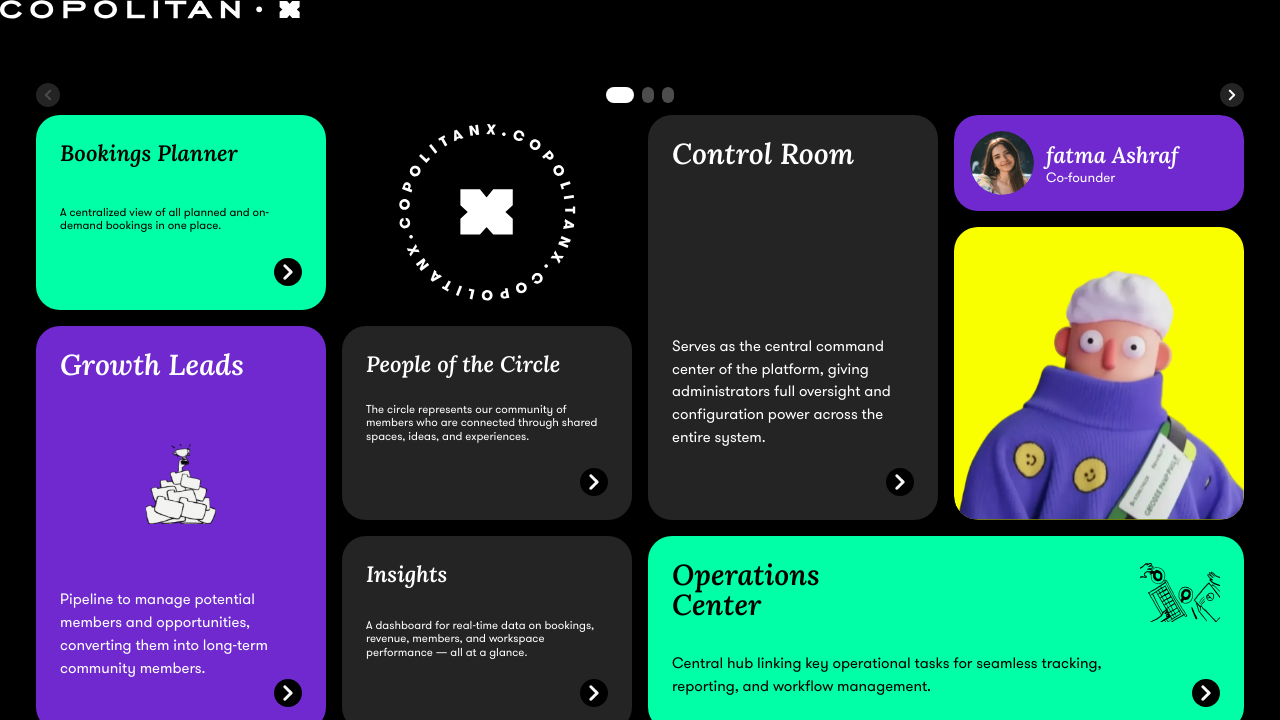
Repository: mohameddtalal/Copolitan-X
Page: /dashboard
These files come from the project's save history. The page is drawn as it stood at one moment and after the next save; the edit follows.
The browser window is 1280 px wide. The pictures show the whole page.
The project was rebuilt for these pictures with package versions that can differ from the ones it lists, and the page was loaded fresh each time. The framework's server and built-in components were replaced by stand-ins that run in the browser. Also part of the build but not shown: next.config.ts.

Above is the page before, as saved 2026-02-10 15:48:01.

### src/app/layout.tsx
import type { Metadata } from "next";
import { Geist, Geist_Mono } from "next/font/google";
import "./globals.css";
import Navbar from "@/components/Navbars/NavbarDynamic";
import { NavProvider } from "@/components/Context/Navcontext";

const geistSans = Geist({
  variable: "--font-geist-sans",
  subsets: ["latin"],
});

const geistMono = Geist_Mono({
  variable: "--font-geist-mono",
  subsets: ["latin"],
});

export const metadata: Metadata = {
  title: "Create Next App",
  description: "Generated by create next app",
};

export default function RootLayout({
  children,
}: Readonly<{
  children: React.ReactNode;
}>) {
  return (
    <html lang="en">
      <body
        className={`${geistSans.variable} ${geistMono.variable} antialiased  w-full flex flex-col m-0 p-0`}
      >

        <NavProvider>
          <div className="flex-shrink-0">
            <Navbar />
          </div>
          <div className="flex-1 overflow-auto w-full">
            {children}
          </div>
        </NavProvider>

      </body>
    </html>
  );
}

### src/app/(pages)/dashboard/page.tsx

'use client';

import BentoGrid from "@/components/BentoGrid/BentoGrid";





export default function DashboardPage() {
  return (
      <>
        <BentoGrid/>
      </>
  );
}

### src/app/globals.css
@import "tailwindcss";



:root {
  --background: #000000;
  --foreground: #ffffff;
  --green: #00ffa6;
}



@theme inline {
  --color-background: var(--background);
  --color-foreground: var(--foreground);
}

@media (prefers-color-scheme: dark) {
  :root {
    --background: #000000;
    --foreground: #ffffff;
  }
}

/* GT Walsheim */
@font-face {
  font-family: "GT Walsheim";
  src: url("/fonts/GT-Walsheim-Pro-Light.ttf") format("truetype");
  font-weight: 300;
  font-style: normal;
  font-display: swap;
}

@font-face {
  font-family: "GT Walsheim";
  src: url("/fonts/GT-Walsheim-Pro-Regular.ttf") format("truetype");
  font-weight: 400;
  font-style: normal;
  font-display: swap;
}

@font-face {
  font-family: "GT Walsheim";
  src: url("/fonts/GT-Walsheim-Pro-Medium.ttf") format("truetype");
  font-weight: 500;
  font-style: normal;
  font-display: swap;
}

@font-face {
  font-family: "GT Walsheim";
  src: url("/fonts/GT-Walsheim-Pro-Bold.ttf") format("truetype");
  font-weight: 700;
  font-style: normal;
  font-display: swap;
}

@font-face {
  font-family: "GT Walsheim";
  src: url("/fonts/GT-Walsheim-Pro-Ultra-Bold.ttf") format("truetype");
  font-weight: 800;
  font-style: normal;
  font-display: swap;
}

@font-face {
  font-family: "GT Walsheim";
  src: url("/fonts/GT-Walsheim-Pro-Ultra-Bold-Oblique.ttf") format("truetype");
  font-weight: 800;
  font-style: italic;
  font-display: swap;
}

@font-face {
  font-family: "Lora";
  src: url("/fonts/Lora-Italic.ttf") format("truetype");
  font-weight: 400;
  font-style: italic;
  font-display: swap;
}

@font-face {
  font-family: "Lora";
  src: url("/fonts/Lora-MediumItalic.ttf") format("truetype");
  font-weight: 500;
  font-style: italic;
  font-display: swap;
}

@font-face {
  font-family: "Lora";
  src: url("/fonts/Lora-SemiBoldItalic.ttf") format("truetype");
  font-weight: 600;
  font-style: italic;
  font-display: swap;
}

@font-face {
  font-family: "Lora";
  src: url("/fonts/Lora-BoldItalic.ttf") format("truetype");
  font-weight: 700;
  font-style: italic;
  font-display: swap;
}

body {
  background: var(--background);
  color: var(--foreground);
  font-family:
    "GT Walsheim",
    "Lora",
}

.font-gtwalsheim {
  font-family: "GT Walsheim";
  font-weight: 400;
}

.font-lora {
  font-family: "Lora";
}

.lora-semibold-italic {
  font-family: "Lora";
  font-weight: 600;
  font-style: italic;
}



.title-lg {
  font-size: clamp(1.125rem, 0.8571rem + 1.1905vw, 2rem);
  line-height: 30px;
}

.desc-lg {
  font-size: clamp(0.75rem, 0.6735rem + 0.3401vw, 1rem);
}

.title-md {
  font-size: clamp(1rem, 0.8469rem + 0.6803vw, 1.5rem);
  line-height: clamp(1.375rem, 1.1837rem + 0.8503vw, 2rem);
}

.desc-md {
  font-size: clamp(0.75rem, 0.7117rem + 0.1701vw, 0.875rem);
  line-height: clamp(0.75rem, 0.7117rem + 0.1701vw, 0.875rem);
}

.title-sm {
  font-size: clamp(1rem, 0.8469rem + 0.6803vw, 1.5rem);
  line-height: clamp(1.375rem, 1.1837rem + 0.8503vw, 2rem);
}

.desc-sm {
  font-size: clamp(0.625rem, 0.5867rem + 0.1701vw, 0.75rem);
  line-height: clamp(0.75rem, 0.7117rem + 0.1701vw, 0.875rem);
}
@media (min-height: 670px) {
body,html{
height: 100%;
}
}


/* width */
::-webkit-scrollbar {
  width: 8px;
  height: 8px;
}

/* Track */
::-webkit-scrollbar-track {
  background: transparent;
}

/* Handle */
::-webkit-scrollbar-thumb {
  background-color: #555;
  border-radius: 9999px;
  border: 2px solid transparent;
  background-clip: content-box;
}

/* Handle on hover */
::-webkit-scrollbar-thumb:hover {
  background-color: #777;
}

/* Flip Card Styles */
.perspective-1000 {
  perspective: 1000px;
}
.flip-wrapper {
  width: 100%;
  height: 100%;
  position: relative;
  transform-style: preserve-3d;
  cursor: pointer;
}

.flip-front,
.flip-back {
  backface-visibility: hidden;
  position: absolute;
  top: 0;
  left: 0;
  width: 100%;
  height: 100%;
}

.flip-front {
  z-index: 2;
  transform: rotateY(0deg);
}

.flip-back {
  transform: rotateY(180deg);
}

.rotate-y-180 {
  transform: rotateY(180deg);
}


.card-back-scroller {
  flex: 1;
  overflow-y: auto;
  margin-top: auto;
}

### src/components/Navbars/NavbarDynamic.tsx
"use client";
import { useRouter } from "next/navigation";
import Link from "next/link";
import Image from "next/image";
import { useState } from "react";
import { useNav } from "@/components/Context/Navcontext";

const Navbar = () => {
  const [isSearchOpen, setIsSearchOpen] = useState(false);
  const [searchText, setSearchText] = useState("");
  const { selectedTitle, selectedButton } = useNav();
  const router = useRouter();
  const handleSearch = () => {
    setIsSearchOpen((prev) => !prev); // toggle input
  };
  return (
    <nav className="navbar ">
      <div className="row">
        <Link href="/dashboard">
          <div className="logo">
            <Image
              src="/navbar/Layer_1.svg"
              alt="LogoImage"
              className="logo-img"
              width={301}
              height={19}
            />
          </div>
        </Link>
        <div className="nav-inside">
          <div
            className=""
            style={{ marginBottom: "0px", color: "var(--black)" }}
          >
            <p>{selectedTitle}</p>
          </div>
          <div
            className=""
            style={{
              marginTop: "0px",
              color: "var(--black)",
              fontSize: "16px",
            }}
          >
            <p>{selectedButton}</p>
          </div>
        </div>
        <div className="navItems" style={{ position: "relative" }}>
          {isSearchOpen && (
            <input
              type="text"
              className="search-input"
              placeholder="Search..."
              value={searchText}
              onChange={(e) => setSearchText(e.target.value)}
              autoFocus
            />
          )}
          <div className="search">
            <button
              className="search"
              style={{ zIndex: 10, cursor: "pointer" }}
              onClick={handleSearch}
            >
              <Image
                className="search-img"
                src="/navbar/search.svg"
                alt="search"
                width={18}
                height={18}
              />
            </button>
            {/* Search input (show only if open) */}
          </div>
          <div className="line"></div>
          <div className="notifications">
            <button
              className="notification"
              style={{ cursor: "pointer" }}
              onClick={() => router.push("/notificationPage")}
            >
              <Image
                className="notification-img"
                src="/navbar/notification.svg"
                alt="notification"
                width={21}
                height={21}
              />
            </button>
          </div>
          <div className="line"></div>
          <div className="quote">
            <Image
              src="/navbar/quote.svg"
              alt="quote"
              width={14}
              height={13}
              className="quote-img"
            />
          </div>
        </div>
      </div>
    </nav>
  );
};

export default Navbar;

### src/components/Context/Navcontext.tsx
"use client";

import { createContext, useContext, useState } from "react";

const NavContext = createContext<any>(null);

export function NavProvider({ children }: { children: React.ReactNode }) {
  const [selectedTitle, setSelectedTitle] = useState("");
  const [selectedButton, setSelectedButton] = useState("");

  return (
    <NavContext.Provider
      value={{ selectedTitle, setSelectedTitle, selectedButton, setSelectedButton }}
    >
      {children}
    </NavContext.Provider>
  );
}

export function useNav() {
  return useContext(NavContext);
}

### src/components/BentoGrid/BentoGrid.tsx
import React, { useState } from 'react';
import { motion } from 'framer-motion';
import Navigation from '../Navigation/Navigation';
import PageContainer from '../PageContainer/PageContainer';
import BadgeCard from '../BadgeCard/BadgeCard';

const BentoGrid = () => {
    const [currentPage, setCurrentPage] = useState(0);

    // Dummy data for cards - 3 pages × 12 cards each
    const pages = [
        // Page 1
        [
            { id: 1, title: "Bookings Planner", description: "A centralized view of all planned and on-demand bookings in one place.", color: "bg-[var(--green)]", span: "col-span-1 row-span-1", flippable: true },
            { id: 2, title: "", description: "", color: "bg-[var(--background)]", span: "col-span-1 row-span-1", image: "/cards/CIRCULAR TEXT.svg" },
            { id: 3, title: "Control Room", description: "Serves as the central command center of the platform, giving administrators full oversight and configuration power across the entire system.", color: "bg-[#242424]", span: "col-span-1 row-span-2", flippable: true },
            { id: 4, title: "fatma Ashraf", description: "Co-founder", color: "bg-[var(--background)]", span: "col-span-1 row-span-2", isSplit: true, profileImage: "/cards/profile.svg", characterImage: "/cards/character.svg" },
            { id: 5, title: "Growth Leads", description: "Pipeline to manage potential members and opportunities, converting them into long-term community members.", color: "bg-[#7029CF]", span: "col-span-1 row-span-2", cardImage: "/cards/card5.svg", layoutType: "column" },
            { id: 6, title: "People of the Circle", description: "The circle represents our community of members who are connected through shared spaces, ideas, and experiences.", color: "bg-[#242424]", span: "col-span-1 row-span-1" },
            { id: 7, title: "Insights", description: "A dashboard for real-time data on bookings, revenue, members, and workspace performance — all at a glance.", color: "bg-[#242424]", span: "col-span-1 row-span-1" ,flippable: true },
            { id: 8, title: "Operations \nCenter", description: "Central hub linking key operational tasks for seamless tracking, reporting, and workflow management.", color: "bg-[var(--green)]", span: "col-span-2 row-span-1", cardImage: "/cards/card8.svg", layoutType: "row" },
        ],
        // Page 2
        [
            { id: 9, title: "Partnerships Network", description: "Oversee and manage all partnerships, deals, and strategic collaborations", color: "bg-[#FFD3D2]", span: "col-span-1 row-span-1", flippable: true },
            { id: 2, title: "", description: "", color: "bg-[var(--background)]", span: "col-span-1 row-span-1", image: "/cards/CIRCULAR TEXT.svg" },
            { id: 10, title: "Security \nControl", description: "Serves as the central command center of the platform, giving administrators full oversight and configuration power across the entire system.", color: "bg-[#242424]", span: "col-span-1 row-span-2", cardImage: "/cards/card11.svg", layoutType: "column" },
            { id: 4, title: "fatma Ashraf", description: "Co-founder", color: "bg-[var(--background)]", span: "col-span-1 row-span-2", isSplit: true, profileImage: "/cards/profile.svg", characterImage: "/cards/character.svg" },
            { id: 11, title: "Finance Center", description: "A control panel for streamlined financial records and insights collaborations.", color: "bg-[#242424]", span: "col-span-1 row-span-2" },
            { id: 12, title: "Experience& \nEngagement Lab", description: "A tools lab that drives engagement and growth where experience is refined and elevated.", color: "bg-[#242424]", span: "col-span-1 row-span-1" },
            { id: 13, title: "Data Hub", description: "A streamlined repository for all data collect, analyze, and access key metrics to drive informed decisions.", color: "bg-[#242424]", span: "col-span-1 row-span-1" },
            { id: 14, title: "Facility \nManagement ", description: "Central hub linking key operational tasks for seamless tracking, reporting, and workflow management.", color: "bg-[#242424]", span: "col-span-2 row-span-1", cardImage: "/cards/card15.svg", layoutType: "row" },
        ],
        // Page 3
        [
            { id: 15, title: "Data Hub", description: "A streamlined repository for all data collect, analyze, and access key metrics to drive informed decisions.", color: "bg-[#FFD3D2]", span: "col-span-1 row-span-1", flippable: true },
            { id: 2, title: "", description: "", color: "invisible pointer-events-none", span: "col-span-1 row-span-1", image: "/cards/CIRCULAR TEXT.svg" },
            { id: 10, title: "Security \nControl", description: "Serves as the central command center of the platform, giving administrators full oversight and configuration power across the entire system.", color: "invisible pointer-events-none", span: "col-span-1 row-span-2", cardImage: "/cards/card11.svg", layoutType: "column" },
            { id: 4, title: "fatma Ashraf", description: "Co-founder", color: "bg-[var(--background)]", span: "col-span-1 row-span-2", isSplit: true, profileImage: "/cards/profile.svg", characterImage: "/cards/character.svg" },
            { id: 11, title: "Finance Center", description: "A control panel for streamlined financial records and insights collaborations.", color: "invisible pointer-events-none", span: "col-span-1 row-span-2" },
            { id: 12, title: "Experience& \nEngagement Lab", description: "A tools lab that drives engagement and growth where experience is refined and elevated.", color: "invisible pointer-events-none", span: "col-span-1 row-span-1" },
            { id: 13, title: "Data Hub", description: "A streamlined repository for all data collect, analyze, and access key metrics to drive informed decisions.", color: "invisible pointer-events-none", span: "col-span-1 row-span-1" },
            { id: 14, title: "Facility \nManagement ", description: "Central hub linking key operational tasks for seamless tracking, reporting, and workflow management.", color: "invisible pointer-events-none", span: "col-span-2 row-span-1", cardImage: "/cards/card15.svg", layoutType: "row" },
        ],



    ];
    const nextPage = () => {
        if (currentPage < pages.length - 1) {
            setCurrentPage(currentPage + 1);
        }
    };

    const prevPage = () => {
        if (currentPage > 0) {
            setCurrentPage(currentPage - 1);
        }
    };

    return (
        <div className="w-full h-full  px-1 sm:px-1 md:px-2 lg:px-3 xl:px-5 flex flex-col overflow-hidden">
            {/* Navigation Section */}
            <Navigation
              currentPage={currentPage}
              pages={pages}
              setCurrentPage={setCurrentPage}
              totalPages={pages.length}
              onPrev={prevPage}
              onNext={nextPage}
            />

            {/* Grid Container */}
            <div className="flex-1 overflow-hidden w-full min-h-0">
                <div
                    className="flex  w-full transition-transform duration-1000 ease-[cubic-bezier(0.16,1,0.3,1)]"
                    style={{ transform: `translateX(-${currentPage * 100}%)` }}
                >
                    {pages.map((page, pageIndex) => (
                        <PageContainer key={pageIndex}>
                            {page.map((card) => (
                                <BadgeCard key={card.id} card={card} />
                            ))}
                        </PageContainer>
                    ))}
                </div>
            </div>


        </div>
    );
};

export default BentoGrid;

### src/components/Navigation/Navigation.tsx
import React from 'react';

export default function Navigation({
  currentPage,
  totalPages,
  setCurrentPage,
  pages,
  onPrev,
  onNext,
}: {
  currentPage: number;
  totalPages: number;
  setCurrentPage:Function,
  pages:any[],
  onPrev: () => void;
  onNext: () => void;
}) {
  return (
    <div className="flex items-center justify-between  shrink-0 px-1.5 sm:px-2 md:px-2 lg:px-3 xl:px-4  ">
      <div className="flex  justify-between w-full items-center mb-2">
        <button
          onClick={onPrev}
          disabled={currentPage === 0}
          className={`rounded-full  transition-all ${
            currentPage === 0 ? 'cursor-not-allowed' : 'cursor-pointer'
          }`}
        >
          <img
            src={currentPage === 0 ? "/cards/DimmedLeft.svg" : "/cards/Left.svg"}
            alt="Previous"
            className="w-3 h-3 sm:w-4 sm:h-4 lg:w-6 lg:h-6"
          />
        </button>
   {/* Page Indicators */}
            <div className="flex justify-center gap-2 shrink-0 ">
                {pages.map((_, index) => (
                    <button
                        key={index}
                        onClick={() => setCurrentPage(index)}
                        className={`h-4 cursor-pointer rounded-full transition-all ${currentPage === index ? 'w-5 sm:w-7 bg-white' : 'w-3 bg-white/30'
                            }`}
                    />
                ))}
            </div>
        <button
          onClick={onNext}
          disabled={currentPage === totalPages - 1}
          className={`rounded-full transition-all   ${
            currentPage === totalPages - 1 ? 'cursor-not-allowed' : 'cursor-pointer'
          }`}
        >
          <img
            src={currentPage === totalPages - 1 ? "/cards/DimmedRight.svg" : "/cards/Right.svg"}
            alt="Next"
            className="w-3 h-3 sm:w-4 sm:h-4 lg:w-6 lg:h-6"
          />
        </button>
      </div>
    </div>
  );
}

### src/components/PageContainer/PageContainer.tsx
export default function PageContainer({ children }: { children: React.ReactNode }) {


    return (
        <div className="min-w-full h-full px-1.5 sm:px-2 md:px-2 lg:px-3 xl:px-4 flex items-center justify-center ">
            <div className="grid grid-cols-4 grid-rows-3 gap-2 sm:gap-3 lg:gap-4 w-full h-full auto-rows-fr relative">
                {children}
            </div>
        </div>
    )
}

### src/components/BadgeCard/BadgeCard.module.css

.card-3,
.card-10,
.card-11 {
  display: flex;
  height: 100%;
  flex-direction: column;
  justify-content: space-between;
  padding-bottom: 20px;
}

.card-1,
.card-15,
.card-9 {
  display: flex;
  height: 100%;
  flex-direction: column;
  justify-content: space-between;
  padding-bottom: 25px;
}

.card-13,
.card-7 {
  display: flex;
  height: 100%;
  flex-direction: column;
  justify-content: space-between;
  padding-bottom: 20px;
}
.card-6,
.card-12 {
  display: flex;
  height: 100%;
  flex-direction: column;
  justify-content: space-between;
  padding-bottom: 25px;
}

.card-8,
.card-10,
.card-14 {
  display: flex;
  height: 100%;
  flex-direction: column;
  justify-content: space-between;
  padding-bottom: 10px;
}

.card-icon-8,
.card-icon-14,
.card-icon-12 {
  position: absolute;
  right: 24px;
  bottom: 24px;
}

.card-image-4{
  height: 100%;
}

### src/components/Navbars/Navbar.module.css
.navbar{

  background-color: var(--background);



}
.logoImg {
margin: 0;
padding-inline: 2.0625rem;

}
.navInside {
  display: flex;
  flex-direction: column;
  justify-content: center;
  align-items: center;
  padding: 16px 0px;
  gap: 3px;
  width: 100%;
}
.navItems {
  position: relative;
  display: flex;
  align-items: center;
  margin: clamp(0.9375rem, 0.7641rem + 0.7666vw, 1.5rem);
}
.searchInput {
  position: absolute;
  right: 87px;
  top: 50%;
  transform: translateY(-50%);
  padding: 6px 20px;
  border-radius: 48px;
  border: 1px solid var(--hot-purple);
  outline: none;
  font-size: 14px;
  width: 217px;
  height: 36px;
}
.line {
  margin: 0 -4px;
  width: 15px;
  height: 40px;
  padding: 0;
  border: none;
  background-color: var(--green);
  display: block;
  flex-shrink: 0;
  clip-path: polygon(
    0% 25%,
    0% 10%,
    0% 0%,
    0% 100%,
    0% 90%,
    0% 75%,
    10% 68%,
    20% 63%,
    30% 60%,
    40% 58%,
    50% 57%,
    60% 58%,
    70% 60%,
    80% 63%,
    90% 68%,
    100% 75%,
    100% 90%,
    100% 100%,
    100% 0%,
    100% 10%,
    100% 25%,
    90% 32%,
    80% 37%,
    70% 40%,
    60% 42%,
    50% 43%,
    40% 42%,
    30% 40%,
    20% 37%,
    10% 32%
  );
}

.notifications,
.quote,
.search {
  width: 36.5px;
  height: 36;
  display: flex;
  align-items: center;
  justify-content: center;
  background-color: var(--green);
  border-radius: 50%;
  margin: 0;
}
.row {
  display: flex;
  justify-content: space-between;
  align-items: center;
}
.title{
  margin-bottom: 0;
  color: var(--black);
}
.selectedBtn{
  margin-top: 0;
  font-size: 16px;
  color: var(--black);
}

Loaded but not shown: src/components/BadgeCard/BadgeCard.tsx (226 lines, source omitted)

After the next save:
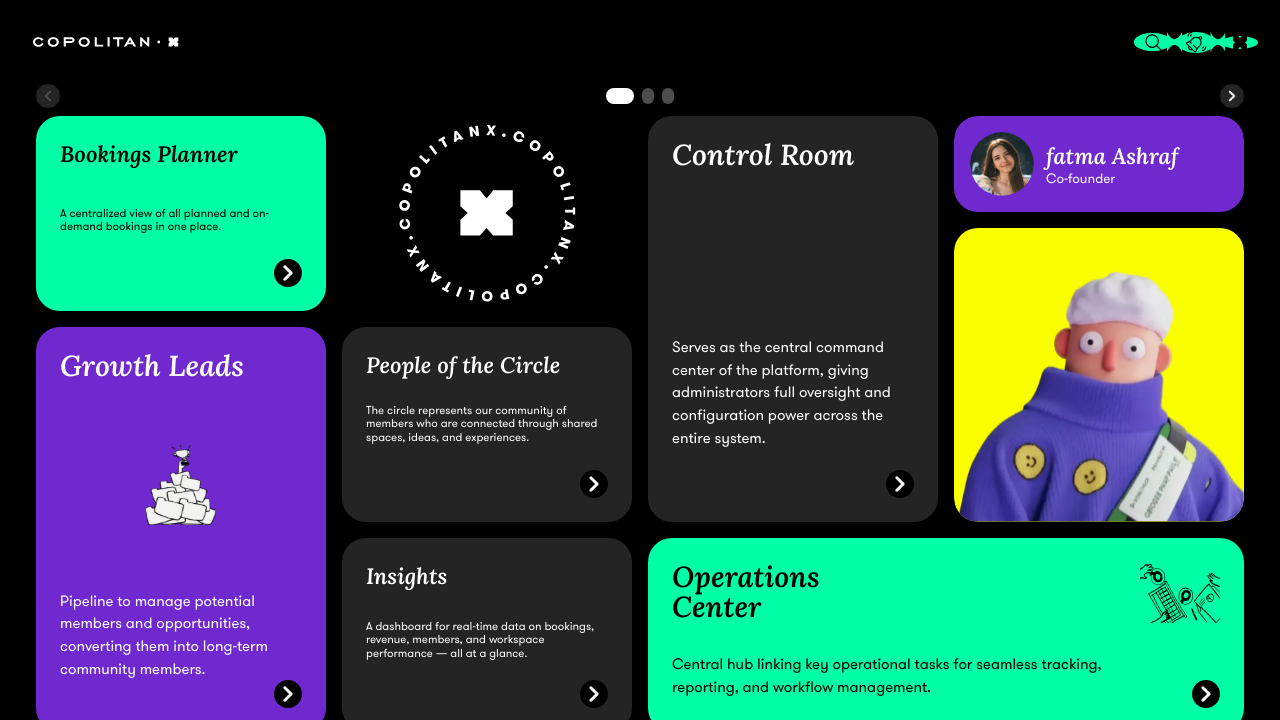
Saved 35 s later.
--- a/src/components/Navbars/NavbarDynamic.tsx
+++ b/src/components/Navbars/NavbarDynamic.tsx
@@ -4,6 +4,7 @@ import Link from "next/link";
 import Image from "next/image";
 import { useState } from "react";
 import { useNav } from "@/components/Context/Navcontext";
+import styles from "./Navbar.module.css"
 
 const Navbar = () => {
   const [isSearchOpen, setIsSearchOpen] = useState(false);
@@ -14,51 +15,46 @@ const Navbar = () => {
     setIsSearchOpen((prev) => !prev); // toggle input
   };
   return (
-    <nav className="navbar ">
-      <div className="row">
+    <nav className={styles.navbar }>
+      <div className={styles.row}>
         <Link href="/dashboard">
           <div className="logo">
             <Image
               src="/navbar/Layer_1.svg"
               alt="LogoImage"
-              className="logo-img"
+              className={styles.logoImg}
               width={301}
-              height={19}
+              height={26}
             />
           </div>
         </Link>
-        <div className="nav-inside">
+        <div className={styles.navInside}>
           <div
-            className=""
-            style={{ marginBottom: "0px", color: "var(--black)" }}
+            className={styles.title}
           >
             <p>{selectedTitle}</p>
           </div>
           <div
-            className=""
-            style={{
-              marginTop: "0px",
-              color: "var(--black)",
-              fontSize: "16px",
-            }}
+            className={styles.selectedBtn}
+
           >
             <p>{selectedButton}</p>
           </div>
         </div>
-        <div className="navItems" style={{ position: "relative" }}>
+        <div className={styles.navItems} >
           {isSearchOpen && (
             <input
               type="text"
-              className="search-input"
+              className={styles.searchInput}
               placeholder="Search..."
               value={searchText}
               onChange={(e) => setSearchText(e.target.value)}
               autoFocus
             />
           )}
-          <div className="search">
+          <div className={styles.search}>
             <button
-              className="search"
+              className={styles.search}
               style={{ zIndex: 10, cursor: "pointer" }}
               onClick={handleSearch}
             >
@@ -72,8 +68,8 @@ const Navbar = () => {
             </button>
             {/* Search input (show only if open) */}
           </div>
-          <div className="line"></div>
-          <div className="notifications">
+          <div className={styles.line}></div>
+          <div className={styles.notifications}>
             <button
               className="notification"
               style={{ cursor: "pointer" }}
@@ -88,8 +84,8 @@ const Navbar = () => {
               />
             </button>
           </div>
-          <div className="line"></div>
-          <div className="quote">
+          <div className={styles.line}></div>
+          <div className={styles.quote}>
             <Image
               src="/navbar/quote.svg"
               alt="quote"
